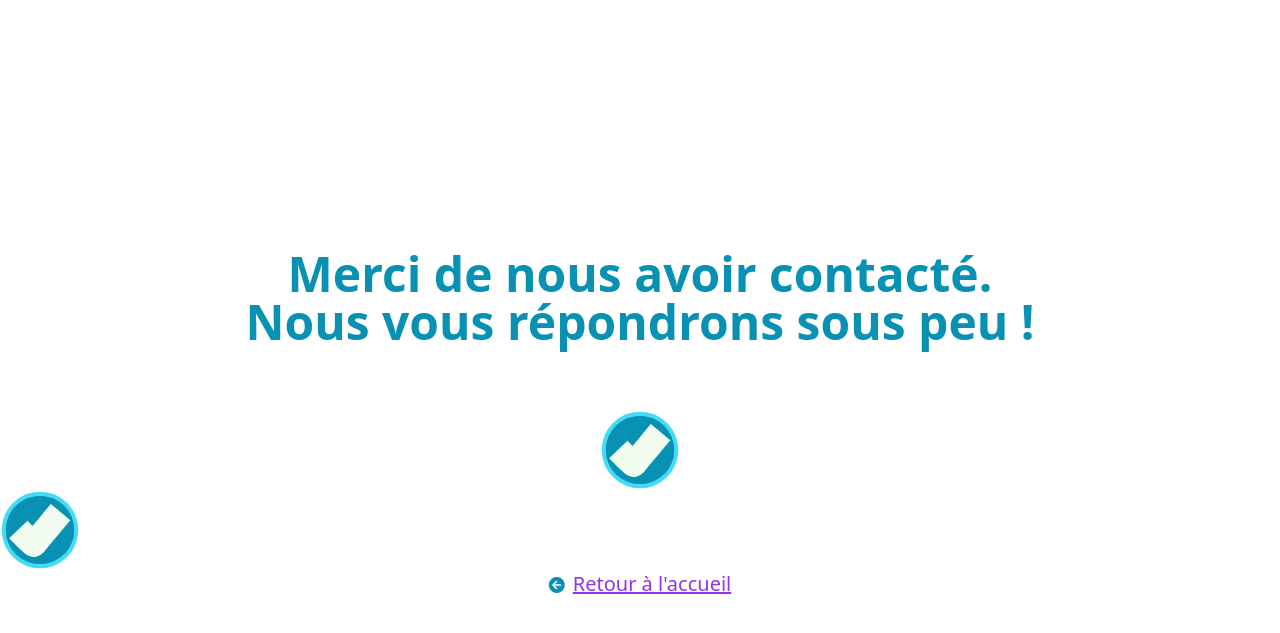
Repository: CarmenFerlatte/TP3__FerlatteCarmen
Page: confirmation.html
An editor plug-in stored every save of this project. The page is shown before and after the next save, followed by the edit.
The browser window is 1280 px wide. The pictures show the whole page.
Some web libraries are served in a nearby version. The style sheet was rebuilt from its Sass, Less or Tailwind sources for each picture, by a compiler version that may differ from the author's.

Above is the page before, as saved 2024-08-29 13:09:57.

After the next save:
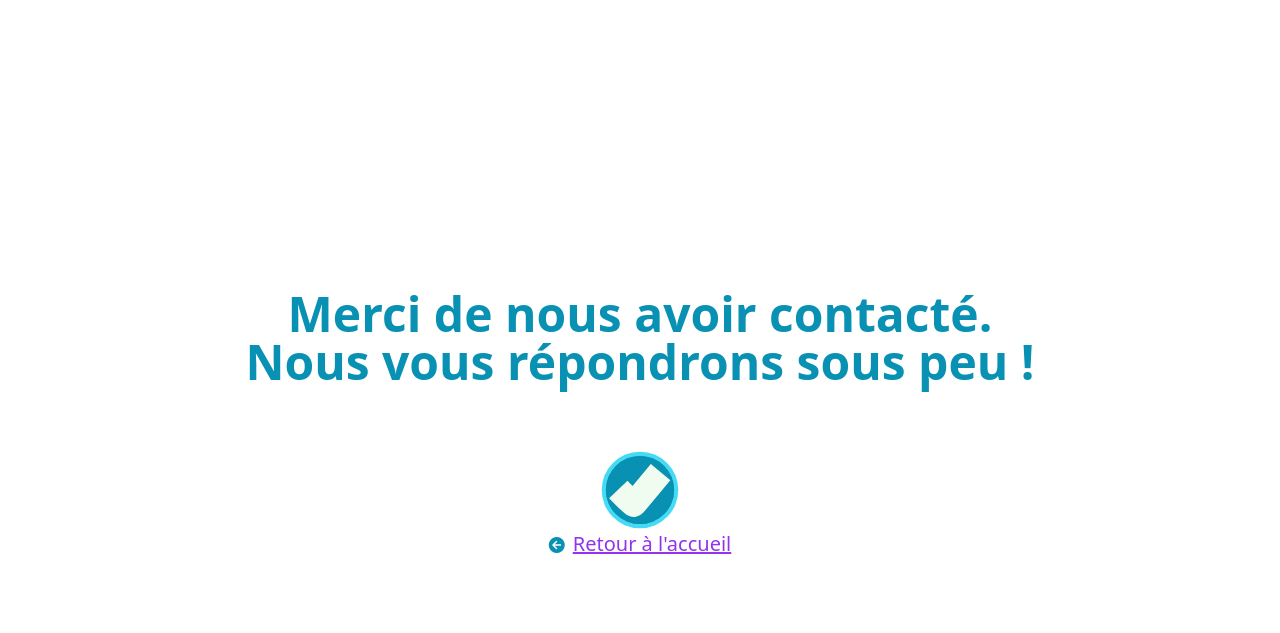
Saved 10 s later.
--- a/confirmation.html
+++ b/confirmation.html
@@ -27,7 +27,6 @@
                     <div class="flex justify-center">
                         <img class="w-20 fill-cyan-600 items-center" src="img/icons/confirmation.svg" alt="Illustration de confirmation" class="w-1/2 mx-auto">
                     </div>
-                    <img class="w-20 fill-cyan-600 items-center" src="img/icons/confirmation.svg" alt="Illustration de confirmation" class="w-1/2 mx-auto">
                     <i class="fa fa-arrow-circle-left pr-2 style-cyan" aria-hidden="true"></i><a class="cursor-pointer text-xl text-purple-600 underline hover:no-underline hover:text-pink-500" href="index.html" title="Retour à la page d'accueil">Retour à l'accueil</a>
                 </div>
             </div>
